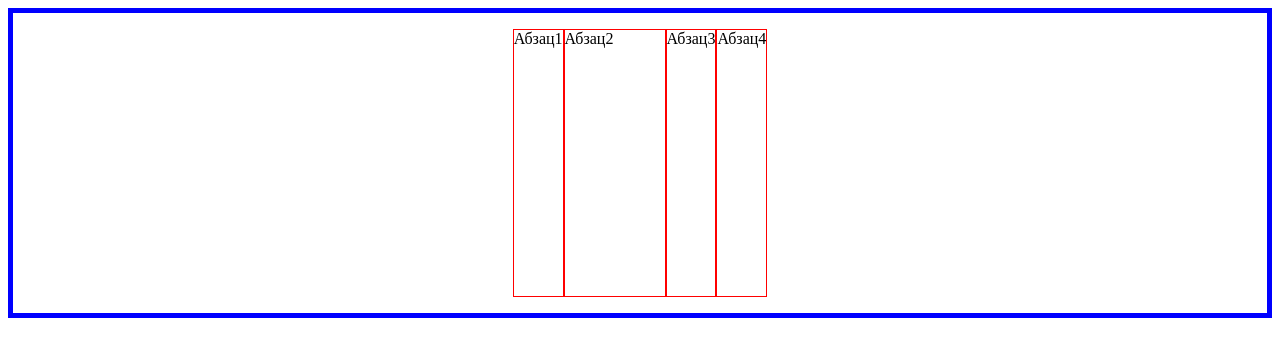
Repository: IrinaGetmanenko/week5
Page: week5/index.html
These files come from the project's save history. The page is drawn as it stood at one moment and after the next save; the edit follows.
The browser window is 1280 px wide. The pictures show the whole page.

Above is the page before, as saved 2022-08-26 17:37:24.

After the next save:
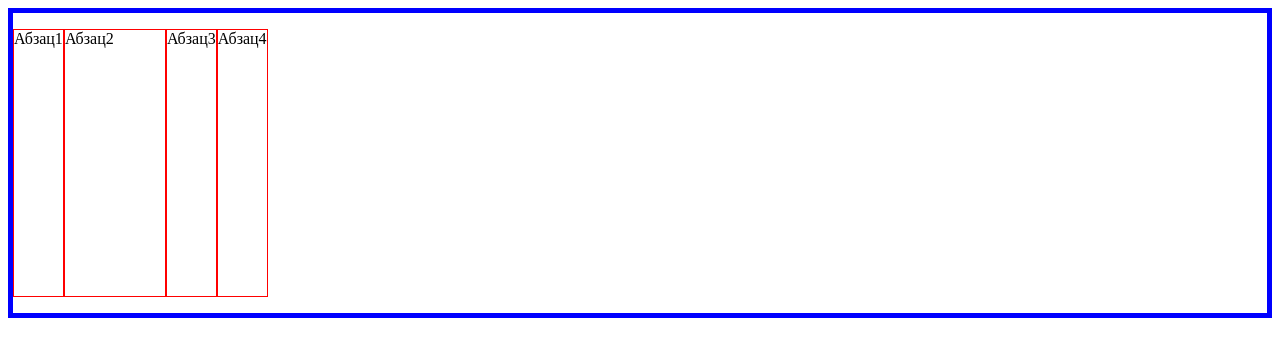
Saved 3 min 32 s later.
--- a/week5/index.html
+++ b/week5/index.html
@@ -11,7 +11,7 @@
         }
         .flexcontainer{
             border: 5px solid blue;
-            justify-content: center;
+            flex-direction: row;
             display: flex;
            height: 300px;
 
